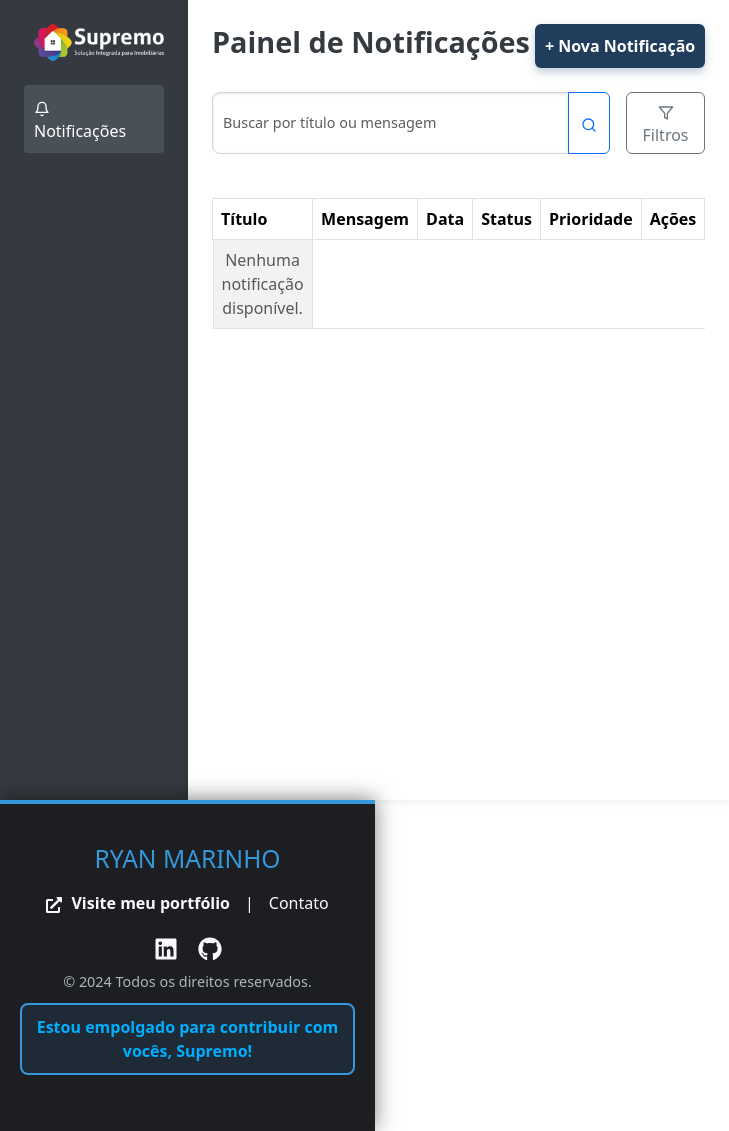
Repository: ryanmarinhodev/Supremo-teste-tecnico
Page: /notifications
These files come from the project's save history. The page is drawn as it stood at one moment and after the next save; the edit follows.
The browser window is 375 px wide. The page is 729 px wide, then 375 px, then 729 px, so the pictures cover 729 px, including what lies to the right of the window. The pictures show the whole page.
The project was rebuilt for these pictures with package versions that can differ from the ones it lists, and the page was loaded fresh each time. Also part of the build but not shown: src/App.css, src/Components/Login/index.jsx.

Above is the page before, as saved 2024-11-07 22:05:32.

After the next save:
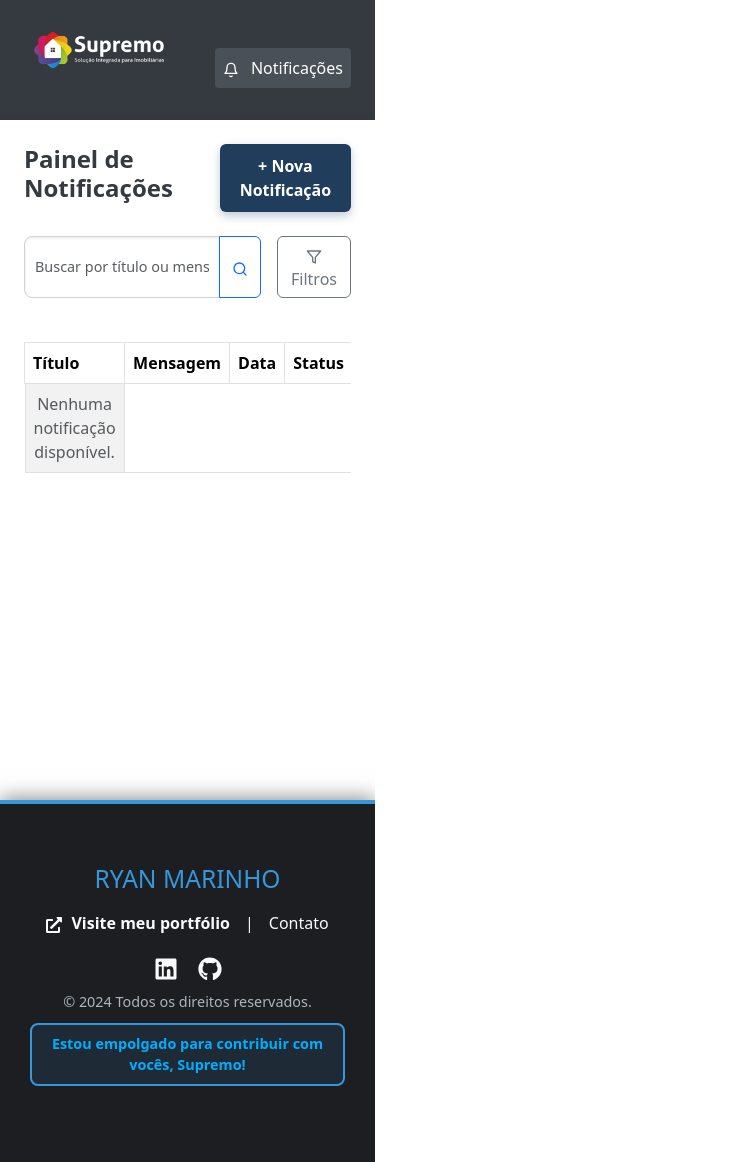
Saved 39 s later.
--- a/src/Components/Notifications/notification.css
+++ b/src/Components/Notifications/notification.css
@@ -1,7 +1,10 @@
+/* Seu CSS atual para a dashboard */
+
 .dashboard-container {
   display: flex;
   min-height: 100vh;
   background-color: #f8f9fa;
+  flex-direction: column; /* Alteração para dispositivos móveis */
 }
 
 .sidebar {
@@ -71,7 +74,6 @@
   width: 100%;
   box-shadow: 0 -1px 20px rgba(0, 0, 0, 0.5);
   border-top: 4px solid #3498db;
-
 }
 
 .footer-content {
@@ -150,3 +152,51 @@
 .footer-note:hover {
   transform: scale(1.05);
 }
+
+/* Responsividade */
+@media (max-width: 768px) {
+  .dashboard-container {
+    flex-direction: column;
+  }
+
+  .sidebar {
+    width: 100%;
+    height: auto;
+    padding: 20px 10px;
+    display: flex;
+    flex-direction: row;
+    justify-content: space-between;
+    align-items: center; /* Mantém o ícone e outros elementos alinhados */
+  }
+
+  .content {
+    padding: 10px 20px;
+  }
+
+  .page-title {
+    font-size: 1.5rem;
+  }
+}
+
+@media (max-width: 480px) {
+  .sidebar h4 {
+    font-size: 1.2rem;
+  }
+
+  .sidebar .nav-link {
+    padding: 8px;
+  }
+
+  .footer-content {
+    padding: 20px 10px;
+  }
+
+  .footer-logo {
+    font-size: 1.5em;
+  }
+
+  .footer-note {
+    font-size: 0.9em;
+    padding: 8px;
+  }
+}

After the save that followed:
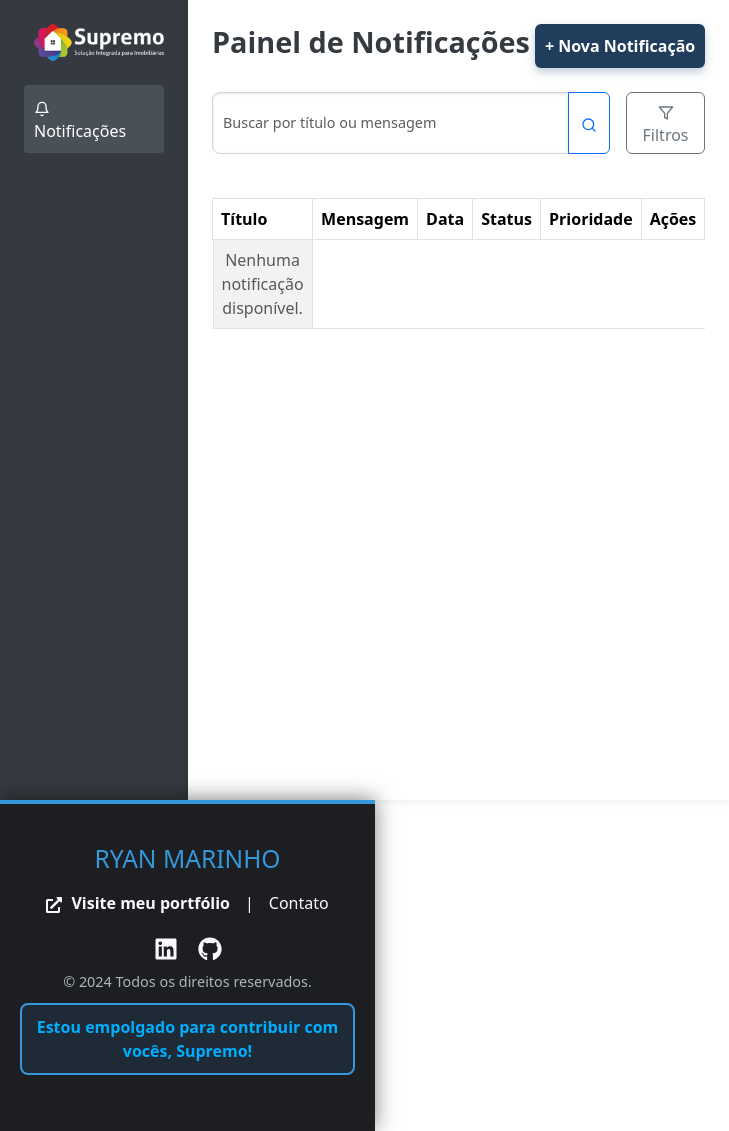
Saved 21 s later.
--- a/src/Components/Notifications/notification.css
+++ b/src/Components/Notifications/notification.css
@@ -1,10 +1,7 @@
-/* Seu CSS atual para a dashboard */
-
 .dashboard-container {
   display: flex;
   min-height: 100vh;
   background-color: #f8f9fa;
-  flex-direction: column; /* Alteração para dispositivos móveis */
 }
 
 .sidebar {
@@ -74,6 +71,7 @@
   width: 100%;
   box-shadow: 0 -1px 20px rgba(0, 0, 0, 0.5);
   border-top: 4px solid #3498db;
+
 }
 
 .footer-content {
@@ -152,51 +150,3 @@
 .footer-note:hover {
   transform: scale(1.05);
 }
-
-/* Responsividade */
-@media (max-width: 768px) {
-  .dashboard-container {
-    flex-direction: column;
-  }
-
-  .sidebar {
-    width: 100%;
-    height: auto;
-    padding: 20px 10px;
-    display: flex;
-    flex-direction: row;
-    justify-content: space-between;
-    align-items: center; /* Mantém o ícone e outros elementos alinhados */
-  }
-
-  .content {
-    padding: 10px 20px;
-  }
-
-  .page-title {
-    font-size: 1.5rem;
-  }
-}
-
-@media (max-width: 480px) {
-  .sidebar h4 {
-    font-size: 1.2rem;
-  }
-
-  .sidebar .nav-link {
-    padding: 8px;
-  }
-
-  .footer-content {
-    padding: 20px 10px;
-  }
-
-  .footer-logo {
-    font-size: 1.5em;
-  }
-
-  .footer-note {
-    font-size: 0.9em;
-    padding: 8px;
-  }
-}
